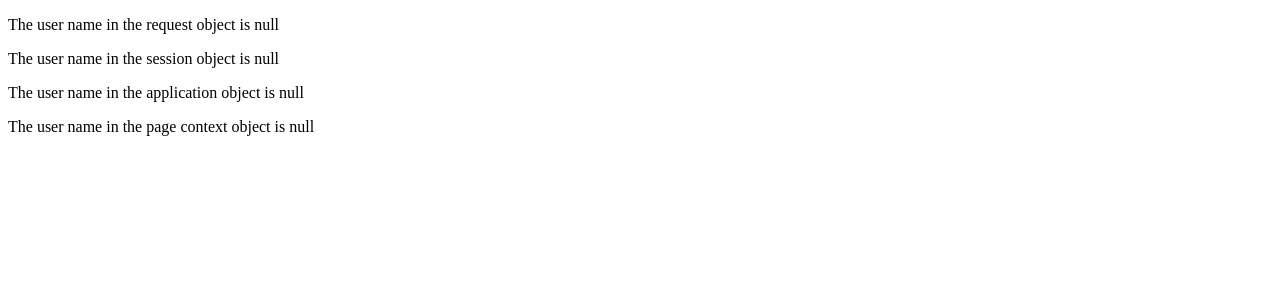
Repository: Seattle-Community-Android-Development/CodeBlog
Page: http://localhost/SimpleServletProject/object.jsp
These files come from the project's save history. The page is drawn as it stood at one moment and after the next save; the edit follows.
The browser window is 1280 px wide. The pictures show the whole page.
The page is served by Tomcat 9. Other server files are loaded and not shown.

Above is the page before, as saved 2013-09-08 19:12:01.

### workspace/SimpleServletProject/WebContent/object.jsp
<%@ page language="java" contentType="text/html; charset=ISO-8859-1"
	pageEncoding="ISO-8859-1"%>

<!DOCTYPE html PUBLIC "-//W3C//DTD HTML 4.01 Transitional//EN" "http://www.w3.org/TR/html4/loose.dtd">
<html>
<head>
<meta http-equiv="Content-Type" content="text/html; charset=ISO-8859-1">
<title>Insert title here</title>
</head>
<body>

	<%
		final String requestUserName = request.getParameter("userName");


		if (requestUserName != null) {
			session.setAttribute("userName", requestUserName);
			//application.setAttribute("userName", requestUserName);
			pageContext.setAttribute("userName", requestUserName);
			pageContext.setAttribute("userName", requestUserName, PageContext.APPLICATION_SCOPE);
		}

		final String sessionUserName = (String) session.getAttribute("userName");
		final String applicationUserName = (String) application.getAttribute("userName");
		final String pageContextUserName = (String) pageContext.getAttribute("userName");
	%>

	<p>
		The user name in the request object is
		<%=requestUserName%>
	</p>
	<p>
		The user name in the session object is
		<%=sessionUserName %>
	<p>
		The user name in the application object is
		<%=applicationUserName %>
	</p>
	<p>
		The user name in the page context object is
		<%=pageContextUserName %>

</body>
</html>

After the next save:
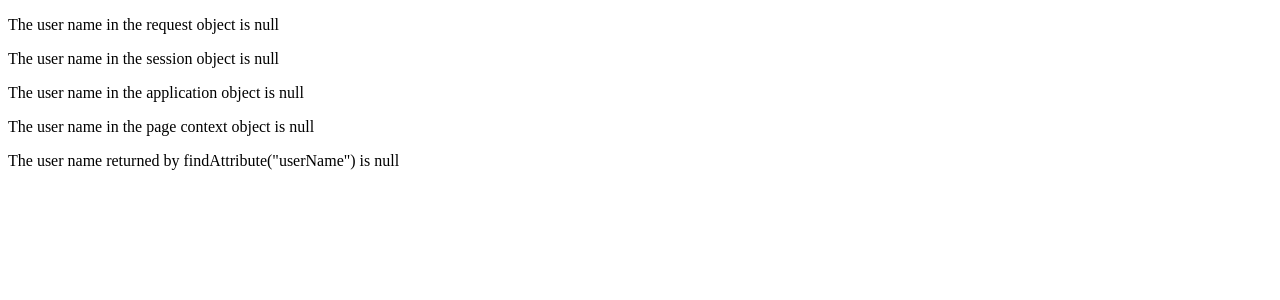
Saved 3 min 42 s later.
--- a/workspace/SimpleServletProject/WebContent/object.jsp
+++ b/workspace/SimpleServletProject/WebContent/object.jsp
@@ -23,6 +23,7 @@
 		final String sessionUserName = (String) session.getAttribute("userName");
 		final String applicationUserName = (String) application.getAttribute("userName");
 		final String pageContextUserName = (String) pageContext.getAttribute("userName");
+		final String findAttributeUserName = (String) pageContext.findAttribute("userName");
 	%>
 
 	<p>
@@ -39,6 +40,10 @@
 	<p>
 		The user name in the page context object is
 		<%=pageContextUserName %>
+	</p>
+	<p>
+		The user name returned by findAttribute("userName") is
+		<%=findAttributeUserName %>
 
 </body>
 </html>
